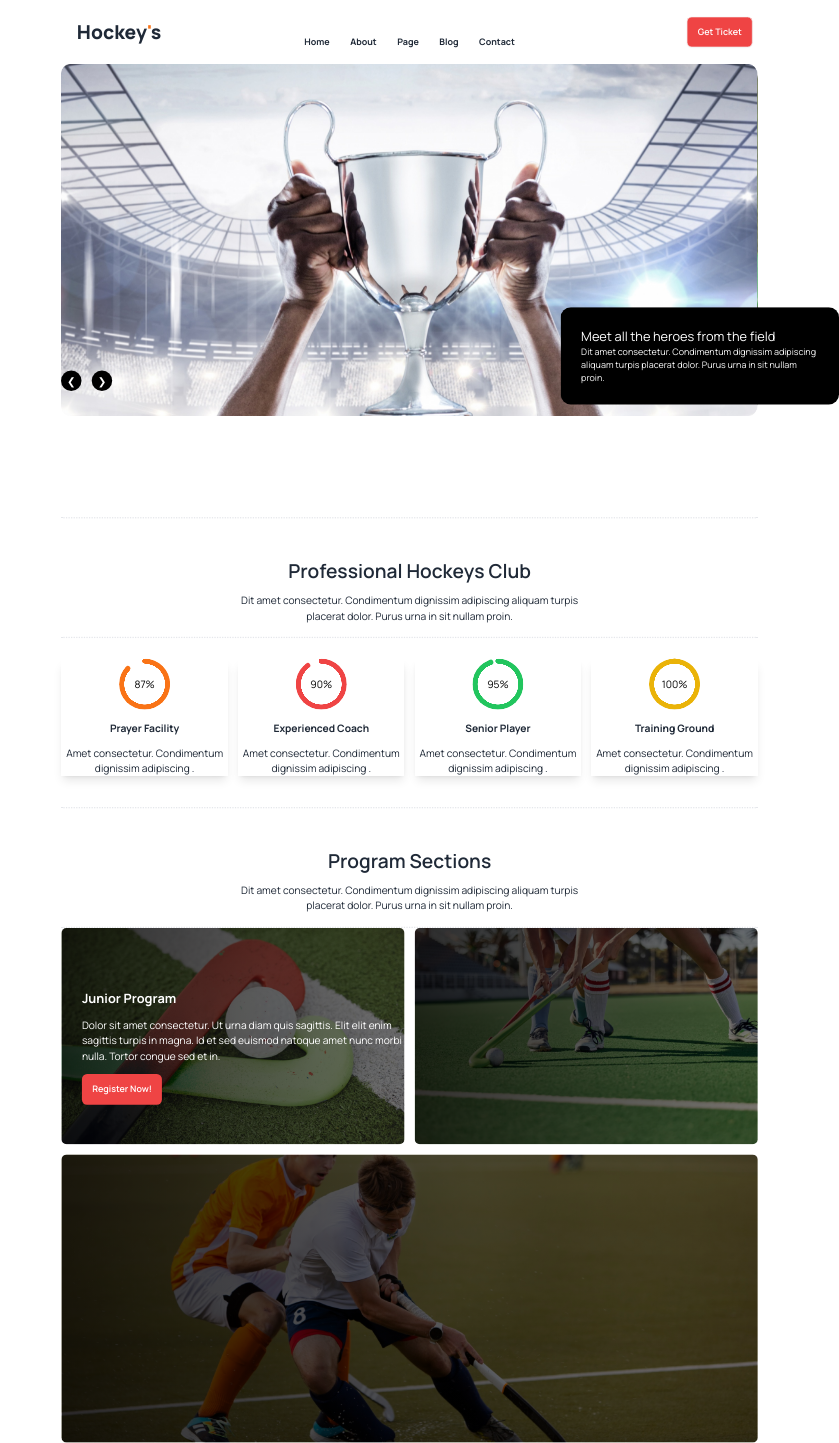
Repository: RudrasahaDibos/Hockey-
Page: index.html
An editor plug-in stored every save of this project. The page is shown before and after a run of saves, followed by the edit.
The browser window is 1280 px wide. The page is 1311 px wide, so the pictures cover 1311 px, including what lies to the right of the window. The pictures show the whole page, at 64% of full size.
Some web libraries are served in a nearby version.

Above is the page before, as saved 2024-10-23 22:39:15.

### index.html
<!DOCTYPE html>
<html lang="en">
<head>
    <meta charset="UTF-8">
    <meta name="viewport" content="width=device-width, initial-scale=1.0">
    <title>Hockeys</title>
    <!-- Tailwinds css -->
    <link href="https://cdn.jsdelivr.net/npm/daisyui@4.12.13/dist/full.min.css" rel="stylesheet" type="text/css" />
    <script src="https://cdn.tailwindcss.com"></script>
    <!-- Font asome -->
    <link rel="stylesheet" href="https://cdnjs.cloudflare.com/ajax/libs/font-awesome/6.6.0/css/all.min.css" integrity="sha512-Kc323vGBEqzTmouAECnVceyQqyqdsSiqLQISBL29aUW4U/M7pSPA/gEUZQqv1cwx4OnYxTxve5UMg5GT6L4JJg==" crossorigin="anonymous" referrerpolicy="no-referrer" />
   <!-- tailwind custom css -->
   <script>
    tailwind.config = {
      theme: {
        extend: {
          colors: {
            clifford: '#da373d',
          }
        }
      }
    }
  </script>
  <!-- google Font  -->
  <link rel="preconnect" href="https://fonts.googleapis.com">
  <link rel="preconnect" href="https://fonts.gstatic.com" crossorigin>
  <link href="https://fonts.googleapis.com/css2?family=Manrope:wght@200..800&display=swap" rel="stylesheet">

  <style>
.manrope {
  font-family: "Manrope", serif;
}
  </style>

</head>
<body class="manrope">
    <!-- header section start here -->
       <header class="container mx-auto lg:px-24 px-8">
                 <!-- navber start here -->
                     <nav>
                        <div class="navbar bg-base-100">
                            <div class="navbar-start">
                              <div class="dropdown">
                                <div tabindex="0" role="button" class="  lg:hidden">
                                  <svg
                                    xmlns="http://www.w3.org/2000/svg"
                                    class="h-5 w-5"
                                    fill="none"
                                    viewBox="0 0 24 24"
                                    stroke="currentColor">
                                    <path
                                      stroke-linecap="round"
                                      stroke-linejoin="round"
                                      stroke-width="2"
                                      d="M4 6h16M4 12h8m-8 6h16" />
                                  </svg>
                                </div>
                                <ul
                                  tabindex="0"
                                  class="menu menu-sm dropdown-content bg-base-100 rounded-box z-[1] mt-3 w-52 p-2 shadow">

                                    <li><a>Home</a></li>
                                    <li><a>About</a></li>
                                    <li><a>Page</a></li>
                                    <li><a>Blog</a></li>
                                    <li><a>Contact</a></li>

                                </ul>
                              </div>

                              <a class=" ml-4  text-2xl lg:text-3xl font-extrabold ">Hockey<span class="text-orange-500">'</span>s</a>

                            </div>
                            <div class="navbar-center hidden lg:flex">
                              <ul class="menu menu-horizontal px-1 mt-8">
                                <li class="hover:text-orange-500 font-bold"><a>Home</a></li>
                                <li  class="hover:text-orange-500 font-bold"><a>About</a></li>
                                <li  class="hover:text-orange-500 font-bold"><a>Page</a></li>
                                <li  class="hover:text-orange-500 font-bold"><a>Blog</a></li>
                                <li  class="hover:text-orange-500 font-bold"><a>Contact</a></li>
                              </ul>
                            </div>
                            <div class="navbar-end  lg:ml-0 ml-20">

                              <a class="btn bg-red-500 text-white  ">Get Ticket</a>
                            </div>
                          </div>
                     </nav>
                 <!-- navber end here -->

                  <!-- banner start here -->
                     <div>
                      <div class="carousel w-full">
                        <div id="slide1" class="carousel-item relative w-full ">
                          <img
                            src="Images/1.png"
                            class="w-full lg:h-[550px] " />
                          <div class="absolute lg:left-0 lg:right-0 lg:top-[90%] left-[90px] top-[80%] flex -translate-y-1/2 transform gap-4">
                            <div class=" h-8 w-8 rounded-full bg-black text-white flex justify-center items-center ">
                              <a href="#slide4" class="lg:btn lg:btn-circle">❮</a>
                            </div>
                            <div class="h-8 w-8 rounded-full bg-black text-white flex justify-center items-center">
                              <a href="#slide2" class="lg:btn lg:btn-circle ">❯</a>
                            </div>
                          </div>
                        </div>
                        <div id="slide2" class="carousel-item relative w-full">
                          <img
                            src="Images/2.png"
                            class="w-full lg:h-[550px]" />
                            <div class="absolute lg:left-0 lg:right-0 lg:top-[90%] left-[90px] top-[80%] flex -translate-y-1/2 transform gap-4">
                              <div class=" h-8 w-8 rounded-full bg-black text-white flex justify-center items-center ">
                                <a href="#slide1" class="lg:btn lg:btn-circle">❮</a>
                              </div>
                              <div class="h-8 w-8 rounded-full bg-black text-white flex justify-center items-center">
                                <a href="#slide3" class="lg:btn lg:btn-circle ">❯</a>
                              </div>
                            </div>
                        </div>
                        <div id="slide3" class="carousel-item relative w-full">
                          <img
                            src="Images/3.png"
                            class="w-full lg:h-[550px]" />
                            <div class="absolute lg:left-0 lg:right-0 lg:top-[90%] left-[90px] top-[80%] flex -translate-y-1/2 transform gap-4">
                              <div class=" h-8 w-8 rounded-full bg-black text-white flex justify-center items-center ">
                                <a href="#slide2" class="lg:btn lg:btn-circle">❮</a>
                              </div>
                              <div class="h-8 w-8 rounded-full bg-black text-white flex justify-center items-center">
                                <a href="#slide4" class="lg:btn lg:btn-circle ">❯</a>
                              </div>
                            </div>
                        </div>
                        <div id="slide4" class="carousel-item relative w-full">
                          <img
                            src="Images/4.png"
                            class="w-full lg:h-[550px]" />
                            <div class="absolute lg:left-0 lg:right-0 lg:top-[90%] left-[90px] top-[80%] flex -translate-y-1/2 transform gap-4">
                              <div class=" h-8 w-8 rounded-full bg-black text-white flex justify-center items-center ">
                                <a href="#slide3" class="lg:btn lg:btn-circle">❮</a>
                              </div>
                              <div class="h-8 w-8 rounded-full bg-black text-white flex justify-center items-center">
                                <a href="#slide1" class="lg:btn lg:btn-circle ">❯</a>
                              </div>
                            </div>
                        </div>
                      </div>

                        <!-- meet all hero  -->
                        <div class=" card bg-black  p-2 lg:p-8  lg:w-2/5 lg:-translate-y-44 lg:left-[780px]">
                          <div class="">
                            <h2 class="lg:text-xl bold text-white">Meet all the heroes from the field</h2>
                            <p class="text-sm text-white">Dit amet consectetur. Condimentum dignissim adipiscing aliquam   turpis placerat dolor. Purus urna in sit nullam proin. </p>

                          </div>
                        </div>
                      <!-- meet hero ebds -->


                     </div>


                   <!-- banner end here -->
       </header>
       <!-- Header section End here -->

       <!-- Main secetion start here  -->
        <main>
                      <!-- Professional Hockeys Club start here -->
                         <section class=" container mx-auto lg:px-24 px-8 lg:mt-0  mt-5  ">
                                 <div class="text-center space-y-4 border-dotted border-t-2 border-b-2  border-separate h-[189px] lg:pt-16">
                                     <h1 class=" text-xl lg:text-3xl font-semibold">Professional Hockeys Club</h1>
                                     <p class="lg:w-[50%] lg:mx-auto">Dit amet consectetur. Condimentum dignissim adipiscing aliquam turpis placerat dolor. Purus urna in sit nullam proin. </p>
                                 </div>
                                  <div class="mt-8">
                                        <div class="grid grid-cols-1 md:gird-cols-2 lg:grid-cols-4 gap-4 ">
                                                <div class=" h-50 shadow-lg space-y-4 flex flex-col justify-center items-center">
                                                  <div class="radial-progress text-orange-500  " style="--value:87;" role="progressbar"><span class="text-black"> 87%</span></div>
                                                    <h3 class="font-bold">Prayer Facility</h3>
                                                    <p class="text-center">Amet consectetur. Condimentum dignissim adipiscing .</p>
                                                </div>
                                                <div class=" h-50 shadow-lg space-y-4 flex flex-col justify-center items-center">
                                                  <div class="radial-progress text-red-500  " style="--value:90;" role="progressbar"><span class="text-black"> 90%</span></div>
                                                    <h3 class="font-bold">Experienced Coach</h3>
                                                    <p class="text-center">Amet consectetur. Condimentum dignissim adipiscing .</p>
                                                </div>
                                                <div class=" h-50  shadow-lg space-y-4 flex flex-col justify-center items-center">
                                                  <div class="radial-progress text-green-500  " style="--value:95;" role="progressbar"><span class="text-black"> 95%</span></div>
                                                    <h3 class="font-bold">Senior Player</h3>
                                                    <p class="text-center">Amet consectetur. Condimentum dignissim adipiscing .</p>
                                                </div>
                                                <div class=" h-50 shadow-lg space-y-4 flex flex-col justify-center items-center">
                                                  <div class="radial-progress text-yellow-500  " style="--value:100;" role="progressbar"><span class="text-black"> 100%</span></div>
                                                    <h3 class="font-bold">Training Ground</h3>
                                                    <p class="text-center">Amet consectetur. Condimentum dignissim adipiscing .</p>
                                                </div>
                                        </div>
                                  </div>

                         </section>
                       <!-- Professional Hockeys Club end here -->


                       <!-- Program Sections start here -->
                            <section class="container mx-auto lg:px-24 px-8 mt-12 ">
                              <div class="text-center space-y-4 border-dotted border-t-2 border-b-2  border-separate h-[189px] lg:pt-16">
                                <h1 class=" text-xl lg:text-3xl font-semibold">Program Sections</h1>
                                <p class="lg:w-[50%] lg:mx-auto">Dit amet consectetur. Condimentum dignissim adipiscing aliquam turpis placerat dolor. Purus urna in sit nullam proin. </p>
                            </div>
                               <div>
                                <div class="grid  grid-cols-1 lg:grid-cols-2 gap-4">

                                  <div class=" relative bg-no-repeat rounded-lg  bg-center bg-cover  w-full bg-[linear-gradient(90deg,rgb(0,0,0,0.8),rgb(0,0,0,0.5)),url(./images/2.png)] h-[338px]">

                                   <div class="text-start pt-24 space-y-2 lg:space-y-4 pl-8">
                                    <h2 class="text-white text-xl font-bold">Junior Program</h2>
                                    <p class="text-white">Dolor sit amet consectetur. Ut urna diam quis sagittis. Elit elit
                                      enim sagittis turpis in magna. Id et sed euismod natoque amet nunc morbi nulla. Tortor congue sed et in.</p>
                                     <button class="btn bg-red-500 border-none text-white">Register Now!</button>
                                   </div>
                                 </div>

                                  <div class="relative  bg-no-repeat rounded-lg  bg-center bg-cover  w-full bg-[linear-gradient(90deg,rgb(0,0,0,0.8),rgb(0,0,0,0.5)),url(./images/3.png)]  h-[338px]">

                                  </div>
                                  <div class=" lg:col-span-2 relative  rounded-lg  bg-center bg-cover w-full bg-[linear-gradient(90deg,rgb(0,0,0,0.8),rgb(0,0,0,0.5)),url(./images/4.png)] h-[450px]">

                                  </div>
                                </div>
                               </div>
                            </section>

                       <!-- Program Sections end here -->
        </main>
        <!-- main section end here -->

</body>
</html>

After the next 2 saves:
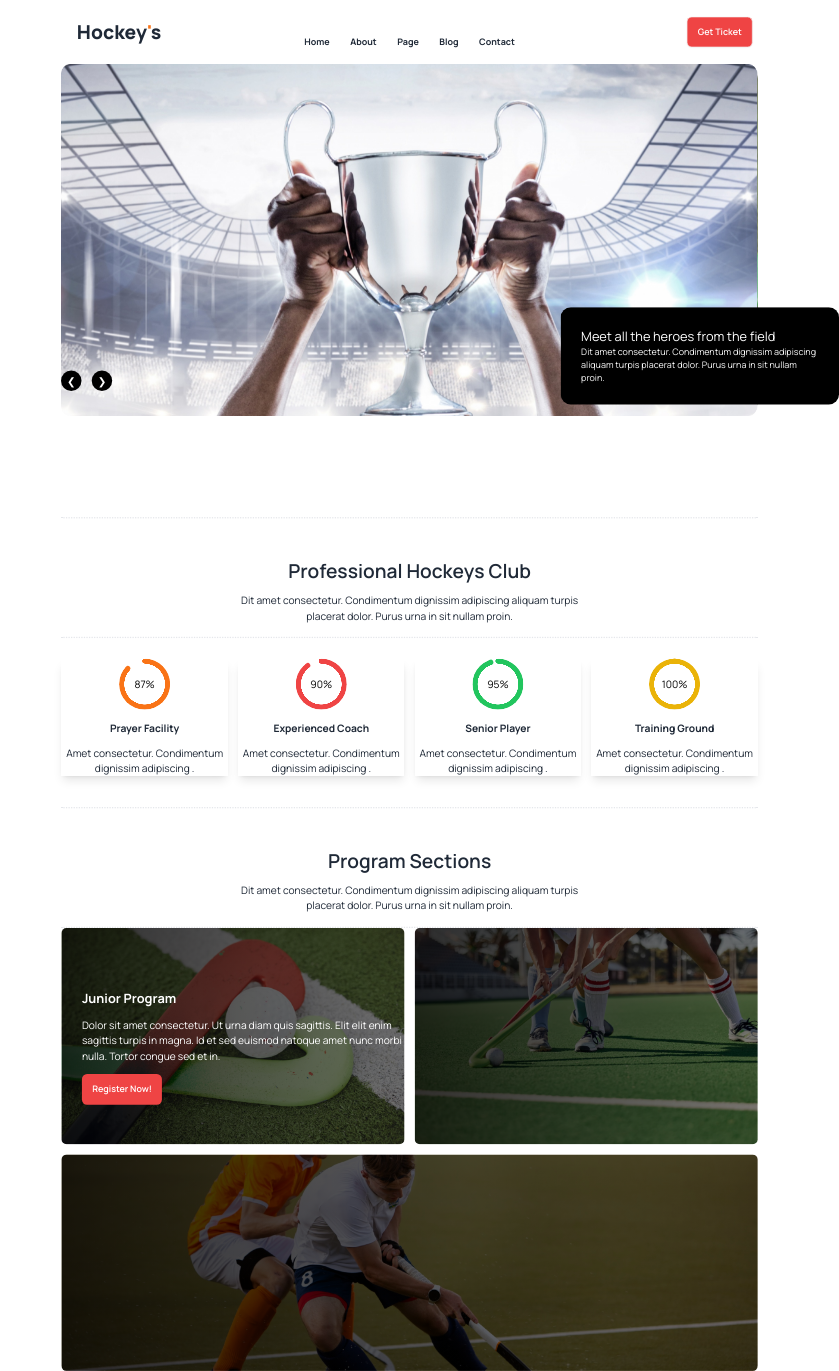
The 2 saves are shown as one change because they came seconds apart.
The last was saved 41 s later.
--- a/index.html
+++ b/index.html
@@ -222,7 +222,7 @@
                                   <div class="relative  bg-no-repeat rounded-lg  bg-center bg-cover  w-full bg-[linear-gradient(90deg,rgb(0,0,0,0.8),rgb(0,0,0,0.5)),url(./images/3.png)]  h-[338px]">
 
                                   </div>
-                                  <div class=" lg:col-span-2 relative  rounded-lg  bg-center bg-cover w-full bg-[linear-gradient(90deg,rgb(0,0,0,0.8),rgb(0,0,0,0.5)),url(./images/4.png)] h-[450px]">
+                                  <div class=" lg:col-span-2 relative  rounded-lg  bg-center bg-cover w-full bg-[linear-gradient(90deg,rgb(0,0,0,0.8),rgb(0,0,0,0.5)),url(./images/4.png)] h-[338px]">
 
                                   </div>
                                 </div>

After the save that followed:
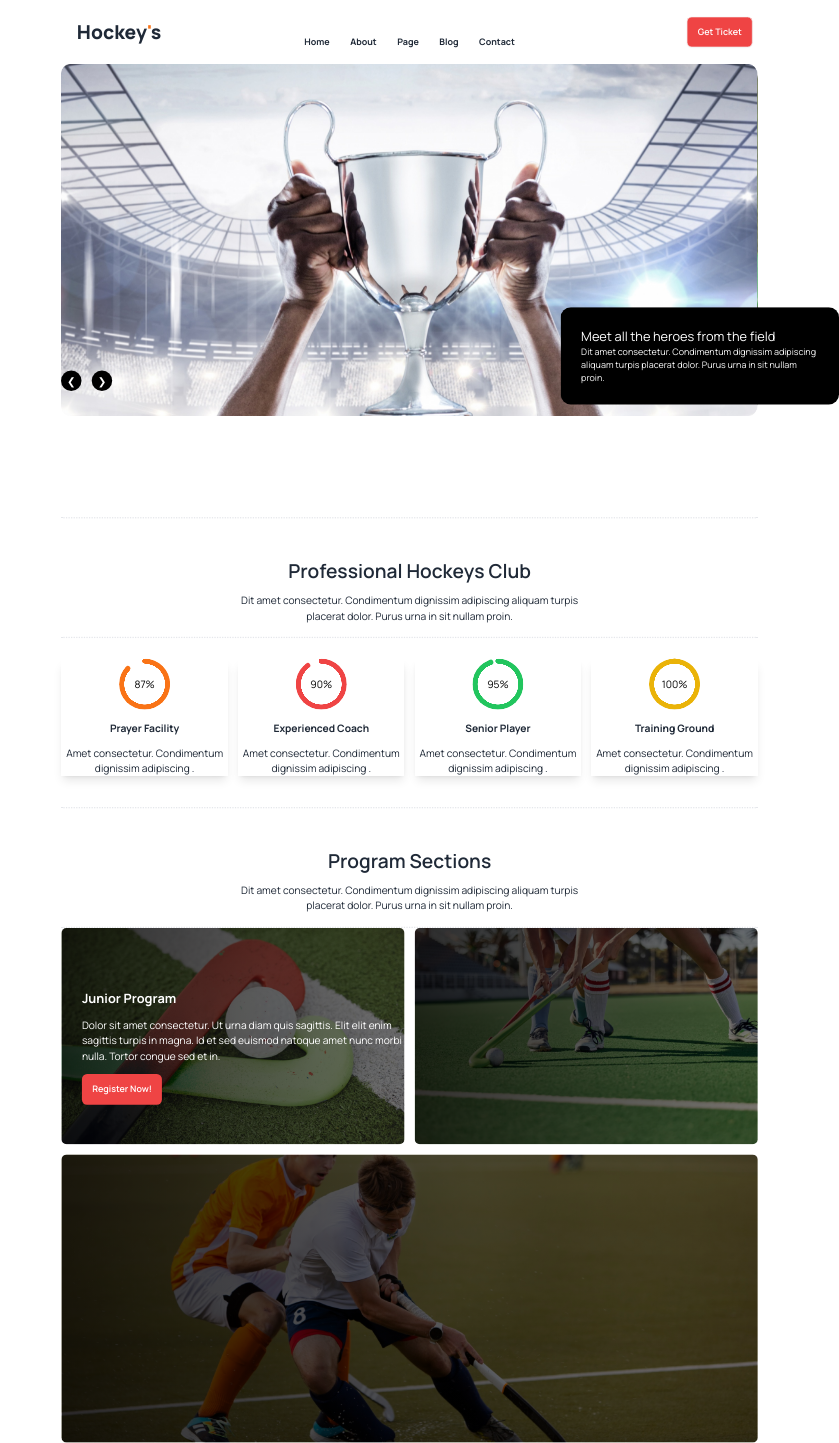
Saved 26 s later.
--- a/index.html
+++ b/index.html
@@ -222,7 +222,7 @@
                                   <div class="relative  bg-no-repeat rounded-lg  bg-center bg-cover  w-full bg-[linear-gradient(90deg,rgb(0,0,0,0.8),rgb(0,0,0,0.5)),url(./images/3.png)]  h-[338px]">
 
                                   </div>
-                                  <div class=" lg:col-span-2 relative  rounded-lg  bg-center bg-cover w-full bg-[linear-gradient(90deg,rgb(0,0,0,0.8),rgb(0,0,0,0.5)),url(./images/4.png)] h-[338px]">
+                                  <div class=" lg:col-span-2 relative  rounded-lg  bg-center bg-cover w-full bg-[linear-gradient(90deg,rgb(0,0,0,0.8),rgb(0,0,0,0.5)),url(./images/4.png)] h-[450px]">
 
                                   </div>
                                 </div>
